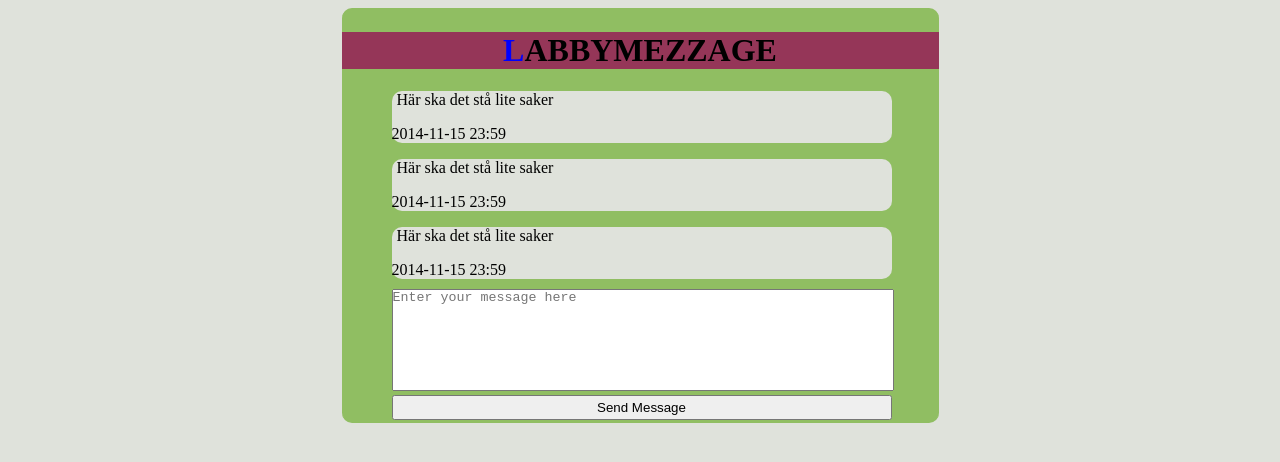
Repository: vr222bt/1dv403-laborationer
Page: 2-labbymezzage/index.html
The author's editor kept a record of every edit. The page is drawn from the files as they stood at one moment, then again after the next edit.
The browser window is 1280 px wide. The pictures show the whole page.

Above is the page before.

### 2-labbymezzage/index.html
<!doctype html>
<html lang="sv">
    <head>
        <link rel="stylesheet" href="style.css" />
        <meta charset="utf-8" />
        <title>Labbymezzage</title>
    </head>
    <body>
        <div id="container">
            <header>
                <h1>Labbymezzage</h1>
            </header>
            <main>
                <div id="messages">
                    <div id="message">
                        <p>Här ska det stå lite saker</p>
                        <footer>2014-11-15 23:59</footer>
                    </div>
                    <div id="message">
                        <p>Här ska det stå lite saker</p>
                        <footer>2014-11-15 23:59</footer>
                    </div>
                    <div id="message">
                        <p>Här ska det stå lite saker</p>
                        <footer>2014-11-15 23:59</footer>
                    </div>
                </div>
                <form>
                    <textarea id="text" placeholder="Enter your message here"></textarea>
                    <input type="submit"id="button" value="Send Message">
                </form>
            </main>


        </div>
        <script type="text/javascript" src="message.js" ></script>
        <script type="text/javascript" src="run.js" ></script>
    </body>
</html>

### 2-labbymezzage/style.css
body
    {
        background-color: #DFE2DB;
    }
#container
    {
        max-width: 597px;
        border-style: solid;
        border-width: 3px;
        border-color: #90BE62;
        border-radius: 10px ;
        border-left-width: 0px;
        border-right-width: 0px;
        margin-right: auto;
        margin-left: auto;
        background-color: #90BE62;

    }

#text
    {
        width: 500px;
        height: 100px;
        margin-left: 50px;
        margin-right: 50px;
        resize: none;
        padding: 0;
    }

#button
    {
        width: 500px;
        height: 25px;
        margin-left: 50px;
        margin-right: 50px;

    }

h1
    {
        text-align: center;
        text-transform: uppercase;
        background-color: #953658;
    }

h1:first-letter
    {
        color: blue;
    }

#message
    {
        width: 500px;
        margin-left: 50px;
        margin-right: 50px;
        margin-top: 10px;
        margin-bottom: 10px;
        border-radius: 10px;
        background-color: #DFE2DB ;
    }

#message p
    {
        padding-left: 5px;
    }

#message footer
    {

        padding-right: 5px;
    }

### 2-labbymezzage/message.js
"use strict";

function Message(message, date){

    this.getText = function() {
        return message;
    };
    this.setText = function(_text) {
        message = _text;
    };
    this.getDate = function() {
        return date;
    };
    this.setDate = function(_date) {
        date = _date;
    };
}

Message.prototype.toString = function(){
    return this.getText()+" ("+this.getDate()+")";
};

Message.prototype.getHTMLText = function(){
    return this.getText().replace("\n","<br />");
};

### 2-labbymezzage/run.js
"use strict";

var messageBoard = {

    messages: [],
    init:  function(e){
        /*
        var message1 = new Message("test1", new Date());
        var message2 = new Message("test2", new Date());
        messageBoard.messages.push(message1, message2);
        alert(messageBoard.messages[1].getText());
        alert(message1.getText());
        alert(message2.getText());
        alert(message2.getDate());
        */


    }
};

window.onload = messageBoard.init;

After the next edit:
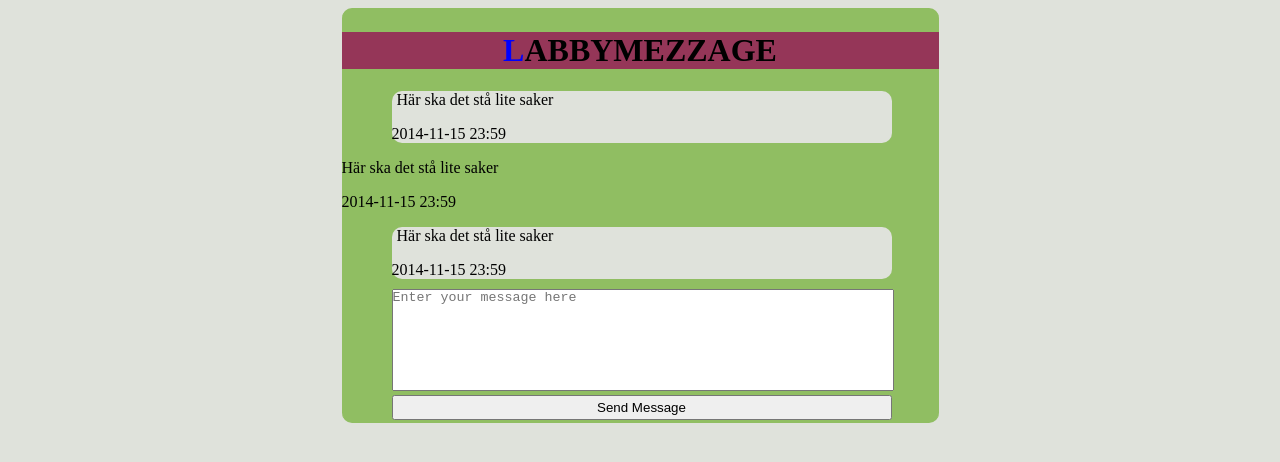
The edit:
--- a/2-labbymezzage/index.html
+++ b/2-labbymezzage/index.html
@@ -16,7 +16,7 @@
                         <p>Här ska det stå lite saker</p>
                         <footer>2014-11-15 23:59</footer>
                     </div>
-                    <div id="message">
+                    <div class="message">
                         <p>Här ska det stå lite saker</p>
                         <footer>2014-11-15 23:59</footer>
                     </div>
